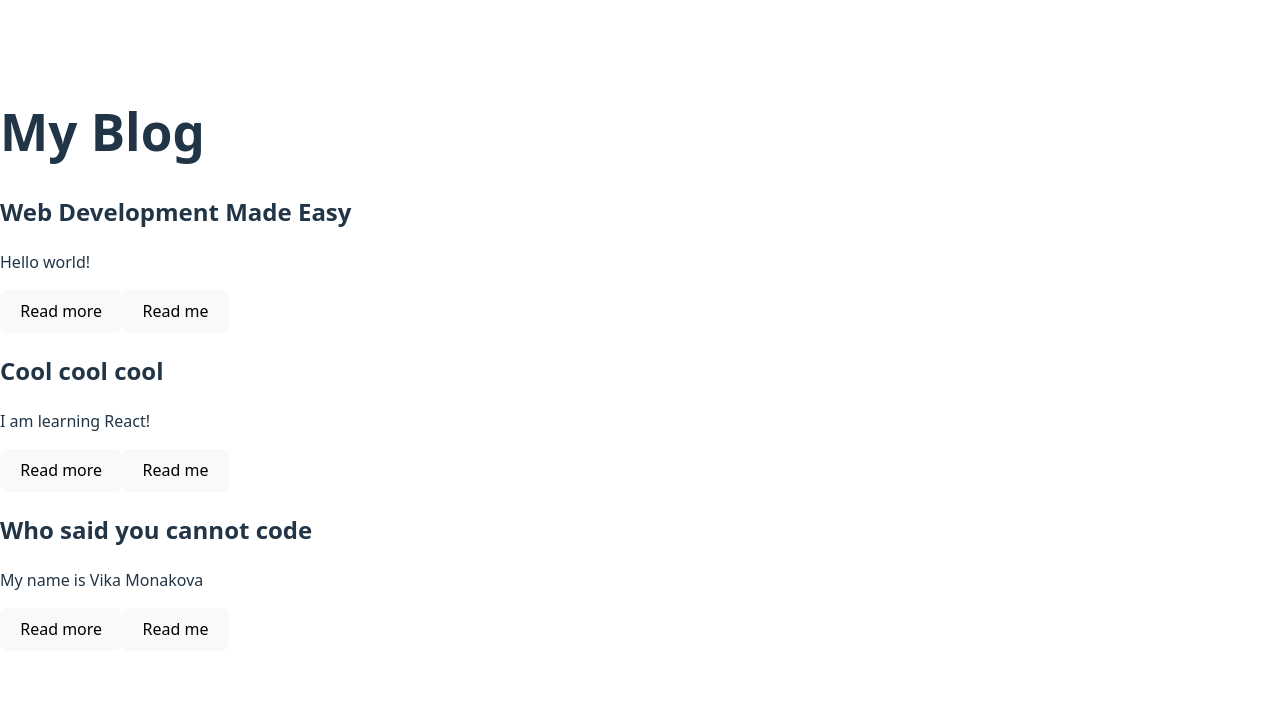
Repository: monavi77/front_web_dev_week1
Page: /
An editor plug-in stored every save of this project. The page is shown before and after the next save, followed by the edit.
The browser window is 1280 px wide. The pictures show the whole page.
The project was rebuilt for these pictures with package versions that can differ from the ones it lists, and the page was loaded fresh each time. Also part of the build but not shown: vite.config.js.

Above is the page before, as saved 2025-09-10 14:02:19.

### index.html
<!DOCTYPE html>
<html lang="en">
  <head>
    <meta charset="UTF-8" />
    <link rel="icon" type="image/svg+xml" href="/clay_logo.svg" />
    <meta name="viewport" content="width=device-width, initial-scale=1.0" />
    <title>monakovochka 🔫</title>
  </head>
  <body>
    <div id="root"></div>
    <script type="module" src="/src/main.jsx"></script>
  </body>
</html>

### src/index.css
:root {
  font-family: system-ui, Avenir, Helvetica, Arial, sans-serif;
  line-height: 1.5;
  font-weight: 400;

  color-scheme: light dark;
  color: rgba(255, 255, 255, 0.87);
  background-color: #242424;

  font-synthesis: none;
  text-rendering: optimizeLegibility;
  -webkit-font-smoothing: antialiased;
  -moz-osx-font-smoothing: grayscale;
}

a {
  font-weight: 500;
  color: #646cff;
  text-decoration: inherit;
}
a:hover {
  color: #535bf2;
}

body {
  margin: 0;
  display: flex;
  place-items: center;
  min-width: 320px;
  min-height: 100vh;
}

h1 {
  font-size: 3.2em;
  line-height: 1.1;
}

button {
  border-radius: 8px;
  border: 1px solid transparent;
  padding: 0.6em 1.2em;
  font-size: 1em;
  font-weight: 500;
  font-family: inherit;
  background-color: #1a1a1a;
  cursor: pointer;
  transition: border-color 0.25s;
}
button:hover {
  border-color: #646cff;
}
button:focus,
button:focus-visible {
  outline: 4px auto -webkit-focus-ring-color;
}

@media (prefers-color-scheme: light) {
  :root {
    color: #213547;
    background-color: #ffffff;
  }
  a:hover {
    color: #747bff;
  }
  button {
    background-color: #f9f9f9;
  }
}

h1 {
  font-size: 3.2em;
  line-height: 1.1;
}

### src/App.jsx
import BlogEntry from "./BlogEntry";

function App() {
  return (
    <div>
      <h1>My Blog </h1>
      <BlogEntry title="Web Development Made Easy" summary="Hello world!" />
      <BlogEntry title="Cool cool cool" summary="I am learning React!" />
      <BlogEntry
        title="Who said you cannot code"
        summary="My name is Vika Monakova"
      />
    </div>
  );
}

export default App;

### src/BlogEntry.jsx
function BlogEntry(props) {
  const buttonText = "Read me";
  return (
    <div className="entry">
      <h2>{props.title}</h2>
      <p>{props.summary}</p>
      <button>Read more</button>
      <button>{buttonText}</button>
    </div>
  );
}

export default BlogEntry;

Loaded but not shown: src/main.jsx (common file)

After the next save:
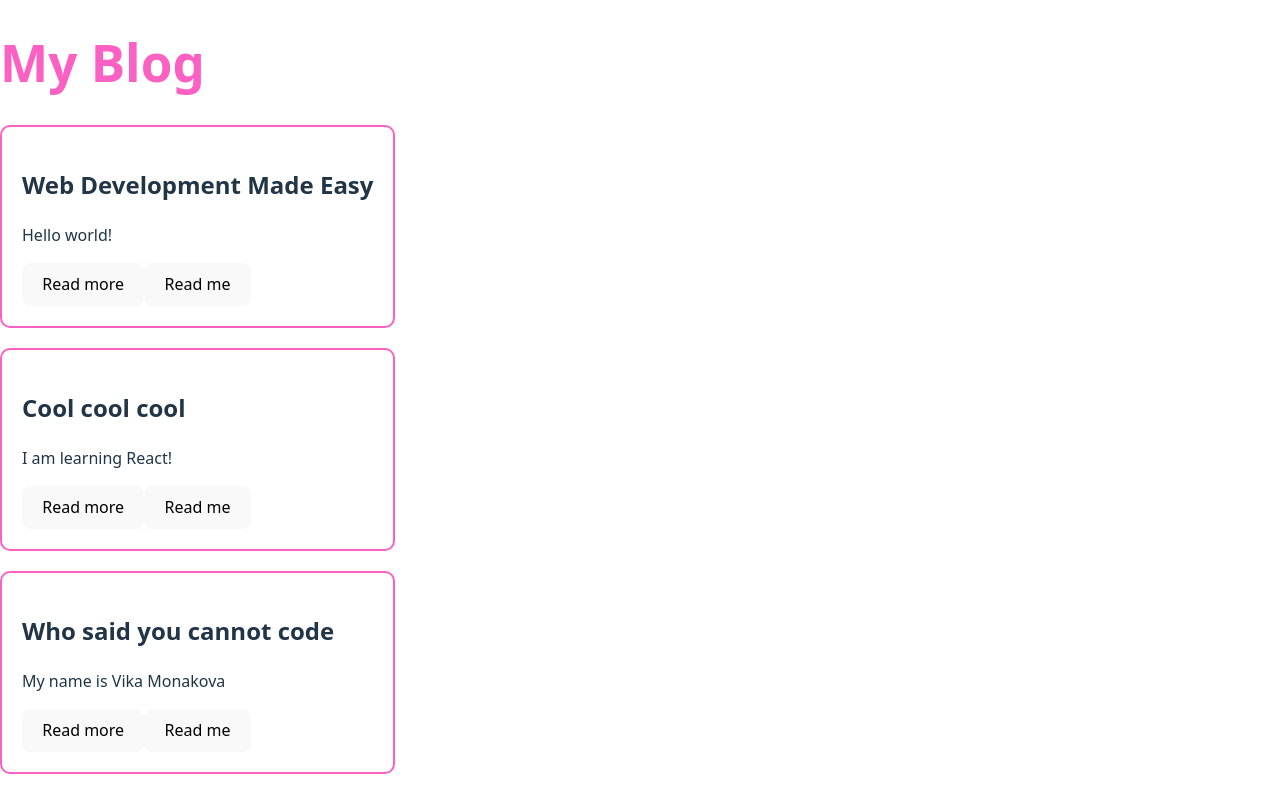
Saved 46 s later.
--- a/src/index.css
+++ b/src/index.css
@@ -70,4 +70,13 @@ button:focus-visible {
 h1 {
   font-size: 3.2em;
   line-height: 1.1;
+  color: #fb61c2;
 }
+.entry {
+  border: 2px solid #fb61c2;
+  border-radius: 10px;
+  padding: 20px;
+  margin: 20px auto;
+  max-width: 600px;
+  text-align: left;
+}
